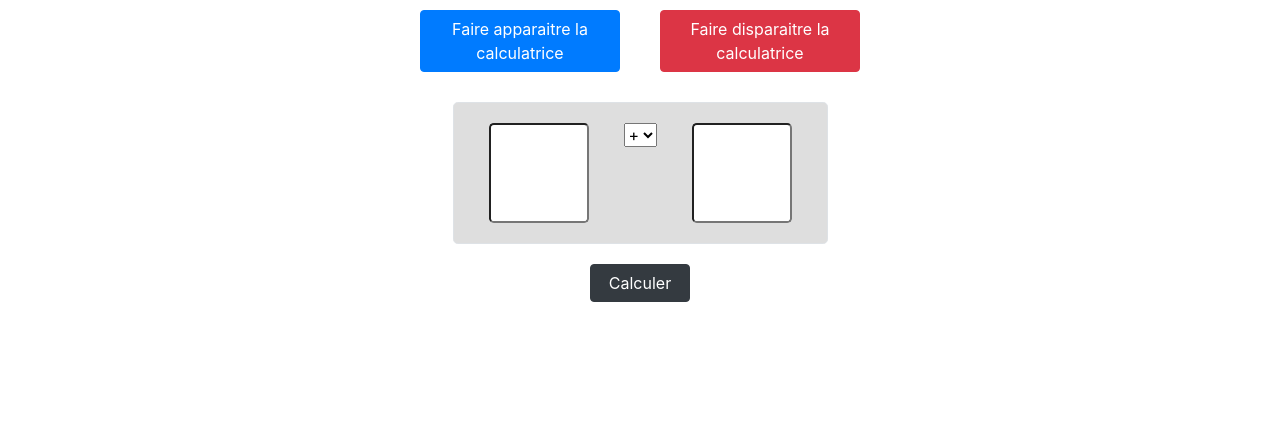
Repository: julieLyM/calculatrice
Page: calculatrice.html
An editor plug-in stored every save of this project. The page is shown before and after the next save, followed by the edit.
The browser window is 1280 px wide. The pictures show the whole page.

Above is the page before, as saved 2020-12-08 15:40:34.

After the next save:
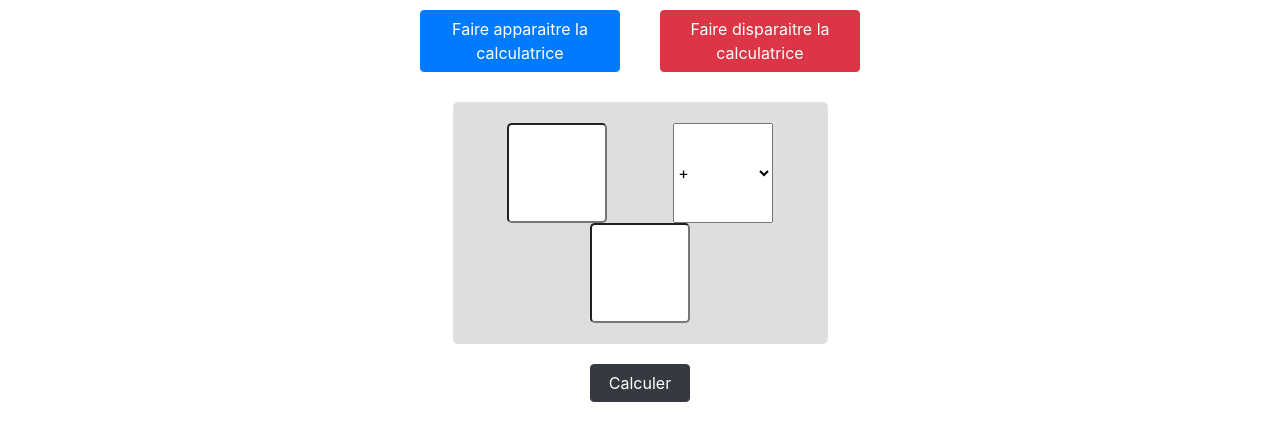
Saved 21 s later.
--- a/calculatrice.html
+++ b/calculatrice.html
@@ -22,7 +22,7 @@
             <input type="text" class="rounded-lg"  id="nombre1" style="width: 100px; height: 100px;">
           </div>
           <div class="col">
-            <select name="calcul" id="operateur">
+            <select name="calcul" style="width: 100px; height: 100px;" id="operateur">
               <option>+</option>
               <option>-</option>
               <option>*</option>
